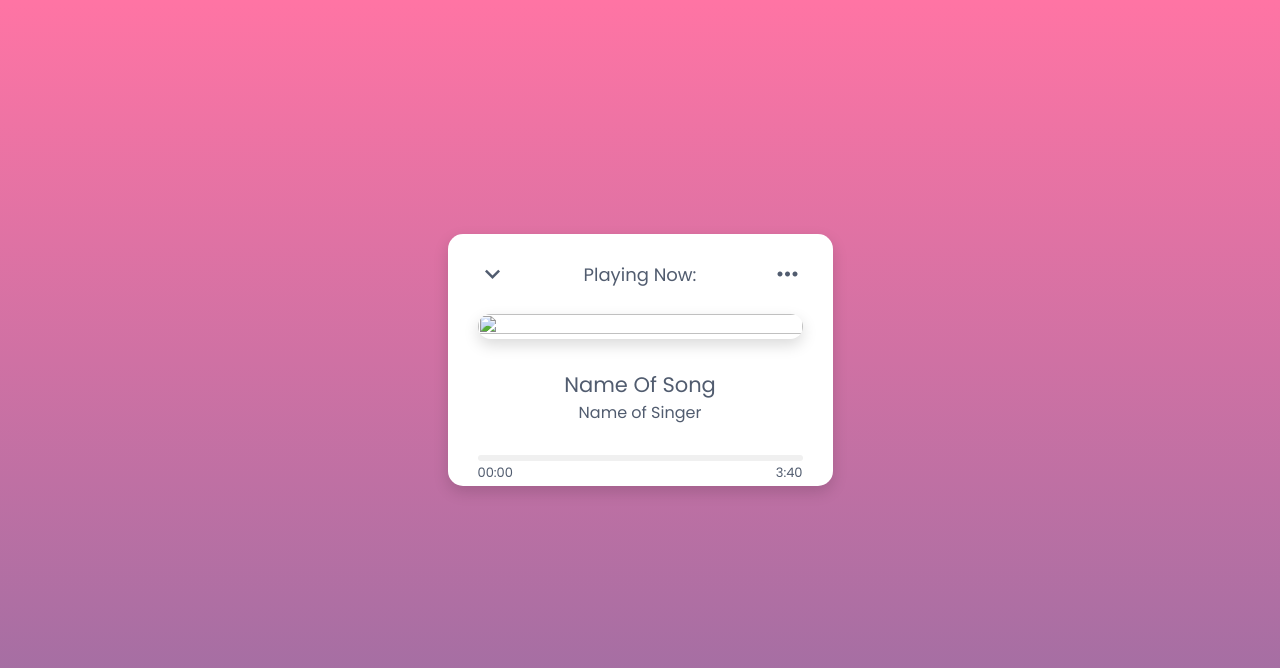
Repository: ManhTanVN/music-player
Page: index.html
The author's editor kept a copy of each file at every save. The page is drawn from the files as they stood at one save, then again after the next save.
The browser window is 1280 px wide. The pictures show the whole page.

Above is the page before, as saved 2021-09-11 14:47:07.

### index.html
<!DOCTYPE html>
<html lang="en">
<head>
    <meta charset="UTF-8">
    <meta http-equiv="X-UA-Compatible" content="IE=edge">
    <meta name="viewport" content="width=device-width, initial-scale=1.0">
    <title>Music Player | Joseph Nguyen</title>
    <link rel="stylesheet" href="./main.css">
    <link href="https://fonts.googleapis.com/icon?family=Material+Icons" rel="stylesheet">
</head>
<body>

    <div class="wrapper">
        <div class="top-bar">
            <i class="material-icons">expand_more</i>
            <span>Playing Now:</span>
            <i class="material-icons">more_horiz</i>
        </div>
        <div class="img-area">
            <img src="" alt="">
        </div>
        <div class="song-details">
            <p class="name">Name Of Song</p>
            <p class="artist">Name of Singer</p>
        </div>
        <div class="progress-area">
            <div class="progress-bar"></div>
            <div class="timer">
                <span class="current">00:00</span>
                <span class="duration">3:40</span>
            </div>
        </div>

    </div>



    <script src="./main.js"></script>
</body>
</html>

### main.css
@import url("https://fonts.googleapis.com/css2?family=Poppins:wght@200;300;400;500;600;700&display=swap");
* {
  padding: 0;
  margin: 0;
  box-sizing: inherit;
  font-family: "Poppins", sans-serif;
  box-sizing: border-box;
}
*::before, *::after {
  padding: 0;
  margin: 0;
}

html {
  font-size: 62.5%;
}

body {
  display: flex;
  justify-content: center;
  align-items: center;
  width: 100%;
  min-height: 100vh;
  background: linear-gradient(#ff74a4 0%, #9f6ea3 100%);
}

.wrapper {
  width: 38.5rem;
  padding: 2.5rem 3rem;
  border-radius: 1.5rem;
  box-shadow: 0 0.6rem 1.5rem rgba(0, 0, 0, 0.15);
  overflow: hidden;
  background: #ffffff;
  position: relative;
}
.wrapper i {
  cursor: pointer;
}

.top-bar, .progress-area .timer, .controls,
.music-list li, .music-list .header {
  display: flex;
  justify-content: space-between;
  align-items: center;
}

.top-bar i {
  font-size: 3rem;
  color: #515C6F;
}

.top-bar span {
  font-size: 1.8rem;
  color: #515C6F;
}

.img-area {
  width: 100%;
  max-height: 25.6rem;
  box-shadow: 0 0.6rem 1.5rem rgba(0, 0, 0, 0.15);
  border-radius: 1.5rem;
  overflow: hidden;
  margin-top: 2.5rem;
}

.img-area img {
  width: 100%;
  height: 100%;
  object-fit: cover;
}

.song-details {
  text-align: center;
  margin: 3rem 0;
  color: #515C6F;
}
.song-details .name {
  font-size: 2.1rem;
  word-break: break-all;
  white-space: nowrap;
  -webkit-line-clamp: 1;
  -webkit-box-orient: vertical;
  overflow: hidden;
  text-overflow: ellipsis;
}
.song-details .artist {
  font-size: 1.6rem;
  word-break: break-all;
  white-space: nowrap;
  -webkit-line-clamp: 1;
  -webkit-box-orient: vertical;
  overflow: hidden;
  text-overflow: ellipsis;
}

.progress-area {
  width: 100%;
  height: 0.6rem;
  background: #f0f0f0;
  cursor: pointer;
  border-radius: 5rem;
}

.progress-area .progress-bar {
  height: 100%;
  width: 0;
  background: linear-gradient(90deg, #ff74a4 0%, #9f6ea3 100%);
  position: relative;
  border-radius: inherit;
}

.progress-bar::after {
  content: "";
  width: 1.2rem;
  height: 1.2rem;
  border-radius: inherit;
  position: absolute;
  top: 50%;
  right: -0.6rem;
  transform: translateY(-50%);
  background: inherit;
  opacity: 0;
  transition: opacity 0.2s ease;
}

.progress-area:hover .progress-bar::after {
  opacity: 1;
}

.progress-area .timer {
  margin-top: 0.2rem;
}

.progress-area span {
  font-size: 1.3rem;
  color: #515C6F;
}

.controls {
  margin: 4rem 0 0.5rem 0;
  user-select: none;
}
.controls i {
  font-size: 2.8rem;
  background: linear-gradient(90deg, #ff74a4 0%, #9f6ea3 100%);
  background-clip: text;
  -webkit-background-clip: text;
  -webkit-text-fill-color: transparent;
  color: transparent;
}
.controls i:nth-child(2), .controls i:nth-child(4) {
  font-size: 4.2rem;
}
.controls #prev {
  margin-left: -1.3rem;
}
.controls #next {
  margin-right: -1.3rem;
}
.controls .play-pause {
  width: 5.4rem;
  height: 5.4rem;
  background: linear-gradient(90deg, #ffffff 0%, #cacaca 100%);
  border-radius: 50%;
  box-shadow: 0 0 0.5rem #ff74a4;
  display: flex;
  justify-content: center;
  align-items: center;
}
.controls .play-pause::before {
  content: "";
  position: absolute;
  width: 4.3rem;
  height: 4.3rem;
  background: linear-gradient(90deg, #ff74a4 0%, #9f6ea3 100%);
  border-radius: inherit;
}
.controls .play-pause i {
  width: 4.3rem;
  height: 4.3rem;
  color: transparent;
  line-height: 4.3rem;
  text-align: center;
  border-radius: inherit;
  position: relative;
  background-clip: text;
  background: inherit;
  -webkit-background-clip: text;
  -webkit-text-fill-color: transparent;
}

.music-list {
  position: absolute;
  width: 100%;
  bottom: 0;
  left: 0;
  border-radius: 1.5rem;
  background: #ffffff;
  box-shadow: 0 -0.5rem 1rem rgba(0, 0, 0, 0.1);
  padding: 1rem 3rem;
  max-height: 25.6rem;
  overflow-y: auto;
  margin-bottom: -55%;
  opacity: 0;
  pointer-events: none;
  transition: all 0.13s ease-out;
}
.music-list.show {
  margin-bottom: 0;
  opacity: 1;
  pointer-events: initial;
  visibility: visible;
  height: auto;
}
.music-list::-webkit-scrollbar {
  width: 0;
}
.music-list .header .row {
  display: flex;
  justify-content: space-between;
  align-items: center;
  font-size: 1.9rem;
  color: #515C6F;
}
.music-list .header .row i {
  cursor: default;
}
.music-list .header #close {
  font-size: 2.2rem;
  color: #515C6F;
}
.music-list .header span {
  margin-left: 0.5rem;
}
.music-list ul {
  padding: 0 2rem;
  margin: 1rem 0;
  list-style: none;
}
.music-list ul li {
  border-bottom: 0.1rem solid #e5e5e5;
  padding-bottom: 1rem;
  margin-top: 0.5rem;
  color: #515C6F;
  cursor: pointer;
}
.music-list ul li.playing {
  color: #ff74a4;
}
.music-list ul li:last-child {
  border-bottom: 0;
}
.music-list ul li .row span {
  font-size: 1.7rem;
}
.music-list ul li .row p {
  opacity: 0.9;
}
.music-list ul li .audio-duration {
  font-size: 1.3rem;
}

/*# sourceMappingURL=main.css.map */

Loaded but not shown: main.js (no copy from this time; the picture is the same without it)

After the next save:
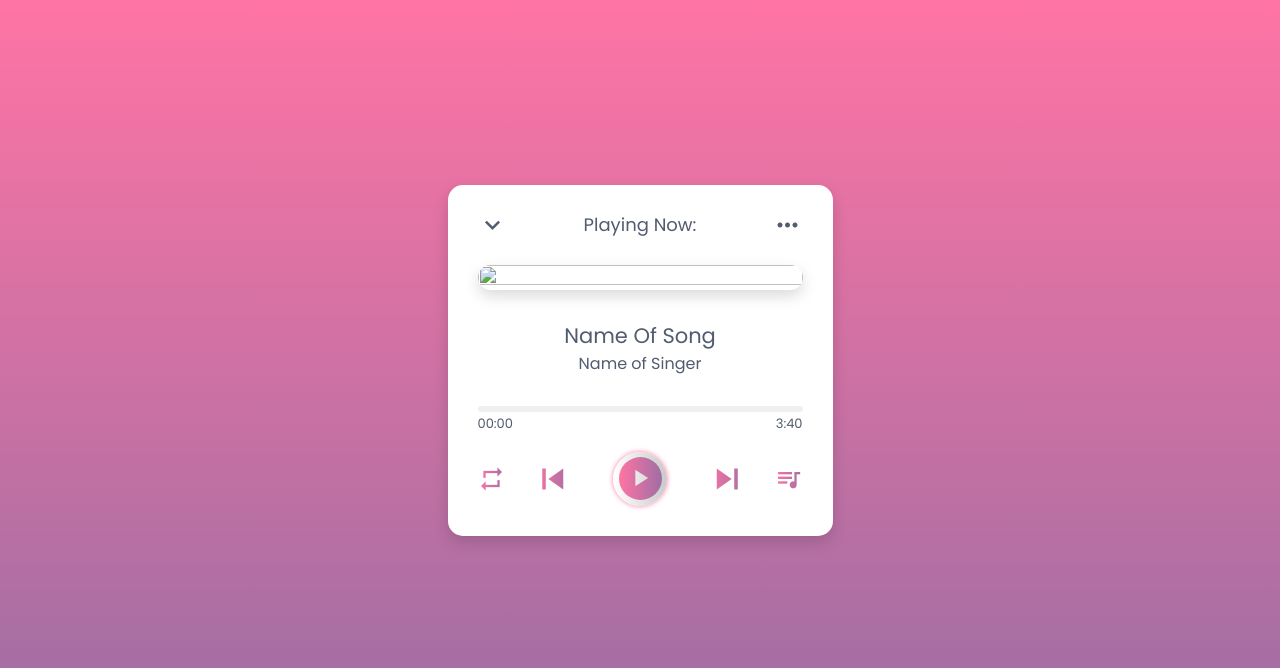
Saved 4 min 5 s later.
--- a/index.html
+++ b/index.html
@@ -30,6 +30,16 @@
                 <span class="duration">3:40</span>
             </div>
         </div>
+        <div class="controls">
+            <i id="repeate-plist" class="material-icons">repeat</i>
+            <i id="prev" class="material-icons">skip_previous</i>
+            <div class="play-pause">
+            <i class="material-icons">play_arrow</i>
+            </div>
+            <i id="next" class="material-icons">skip_next</i>
+            <i id="more-music" class="material-icons">queue_music</i>
+
+        </div>
 
     </div>
 
